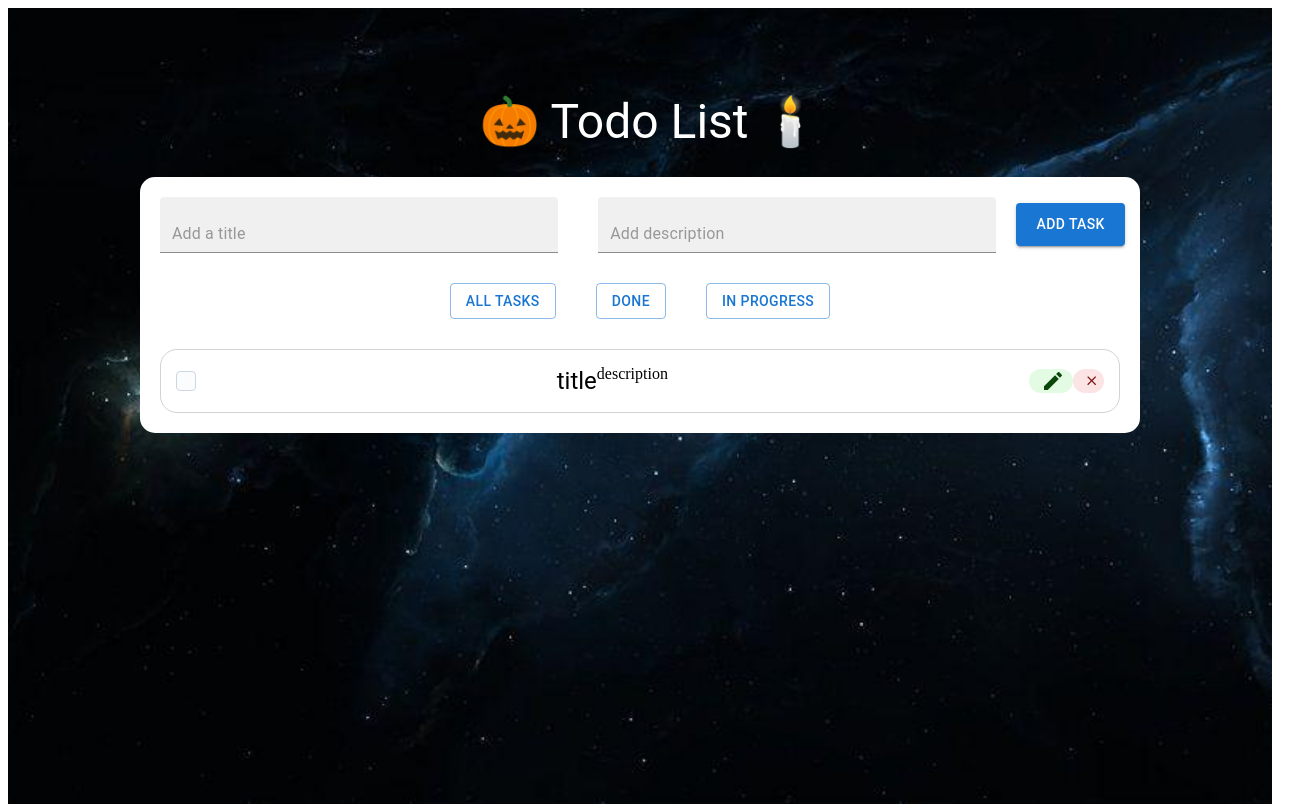
Repository: Tracy-maker/TodoList
Page: /
These files come from the project's save history. The page is drawn as it stood at one moment and after the next save; the edit follows.
The browser window is 1280 px wide. The page is 1292 px wide, so the pictures cover 1292 px, including what lies to the right of the window. The pictures show the whole page.
The project was rebuilt for these pictures with package versions that can differ from the ones it lists, and the page was loaded fresh each time. Also part of the build but not shown: src/components/TaskEdit.js.

Above is the page before, as saved 2023-09-20 20:13:55.

After the next save:
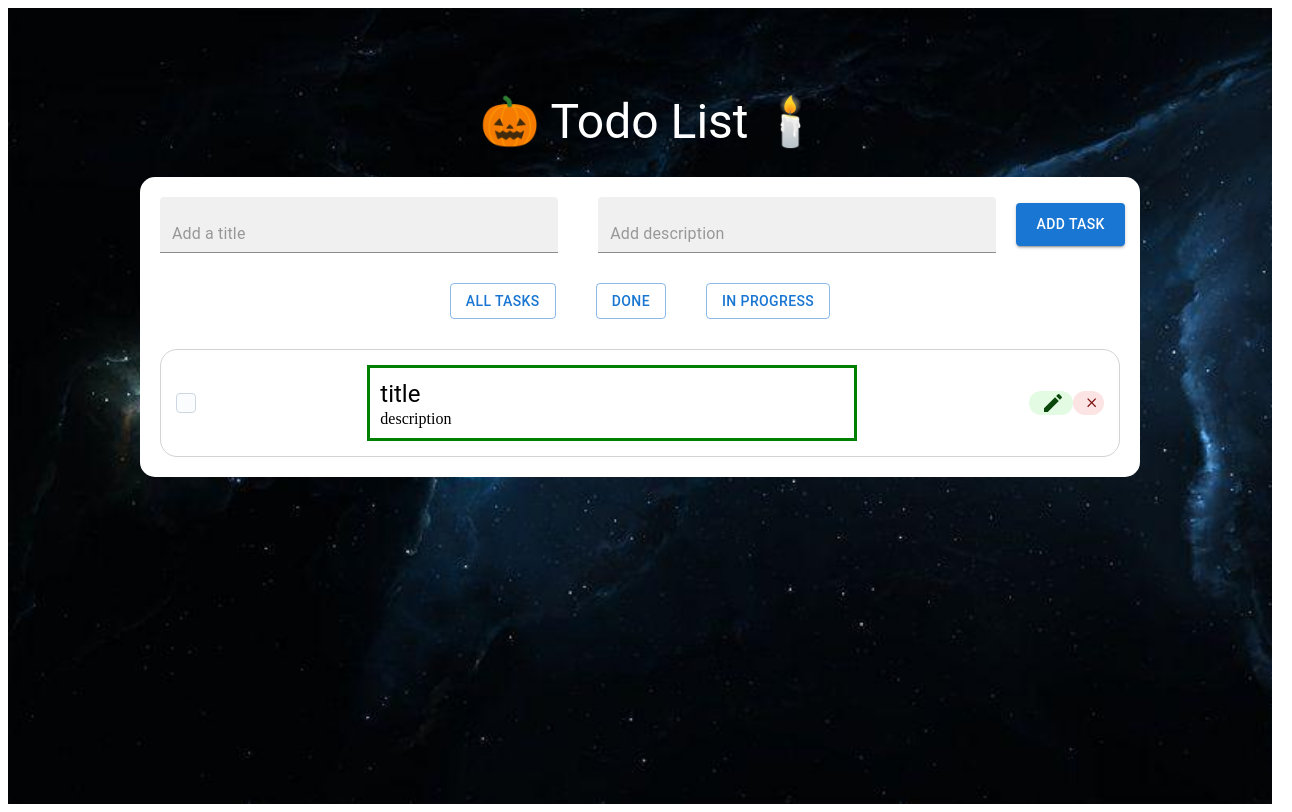
Saved 76 s later.
--- a/src/components/TaskShow.js
+++ b/src/components/TaskShow.js
@@ -22,7 +22,10 @@ const TaskItem = styled(Box)`
 `;
 
 const TaskContent = styled(Box)`
-  display: flex;
+  margin: auto;
+    width: 50%;
+    border: 3px solid green;
+    padding: 10px;
 `;
 
 
